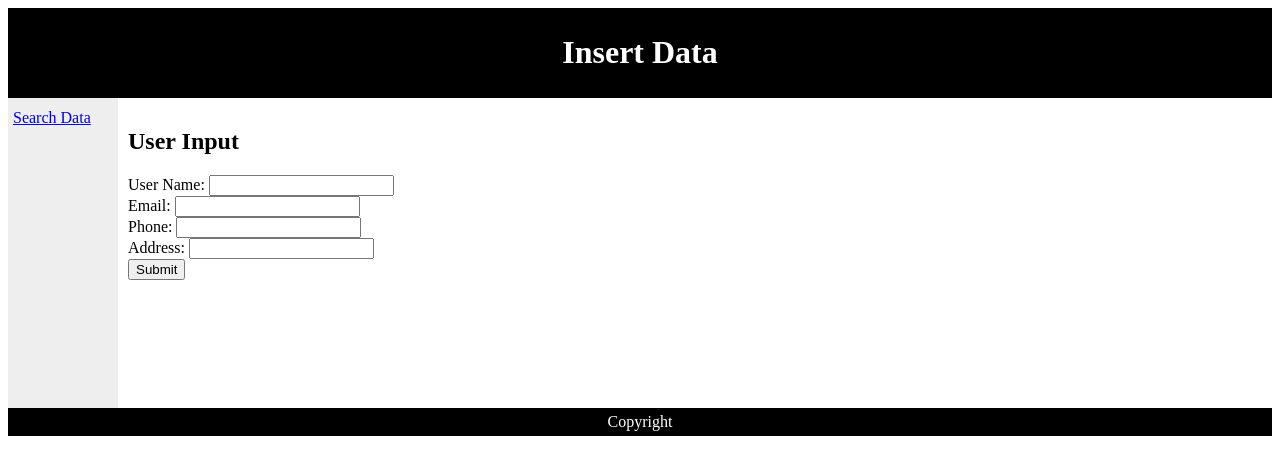
Repository: CamdenMurphy/workspace4830-intro-to-software-engineering
Page: techExercise/techExercise-Murphy/src/main/webapp/delete_murphy.html
These files come from the project's save history. The page is drawn as it stood at one moment and after the next save; the edit follows.
The browser window is 1280 px wide. The pictures show the whole page.

Above is the page before, as saved 2023-10-12 04:35:10.

After the next save:
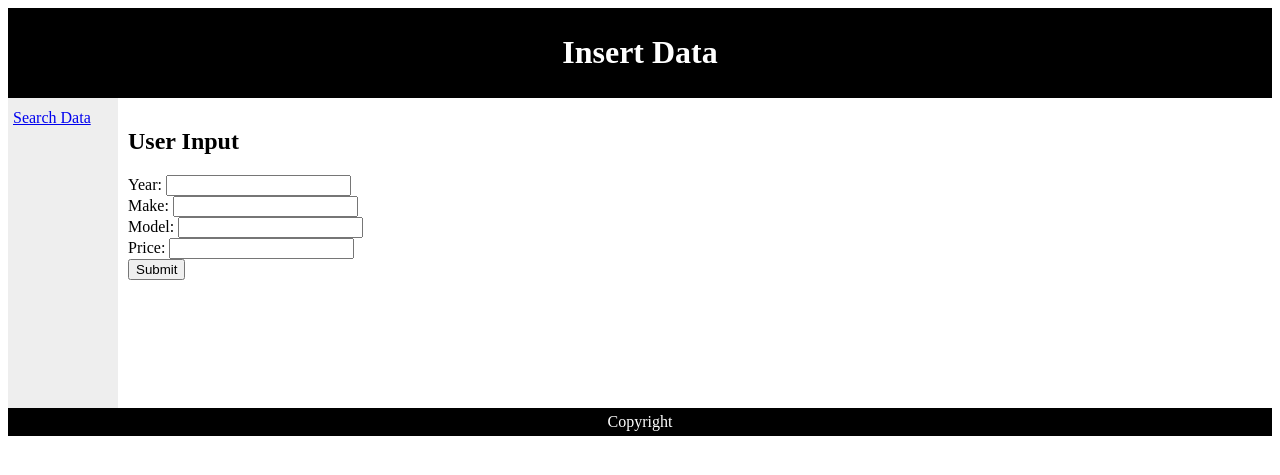
Saved 20 s later.
--- a/techExercise/techExercise-Murphy/src/main/webapp/delete_murphy.html
+++ b/techExercise/techExercise-Murphy/src/main/webapp/delete_murphy.html
@@ -44,10 +44,10 @@
 
 	<form action="InsertMurphy" method="POST">
 
-		User Name: <input type="text" name="userName"> <br />
-		Email: <input type="text" name="email"> <br />
-		Phone: <input type="text" name="phone"> <br />
-		Address: <input type="text" name="address"> <br />
+		Year: <input type="text" name="year"> <br />
+		Make: <input type="text" name="make"> <br />
+		Model: <input type="text" name="model"> <br />
+		Price: <input type="text" name="price"> <br />
 
 		<input type="submit" value="Submit" />
 	</form>
